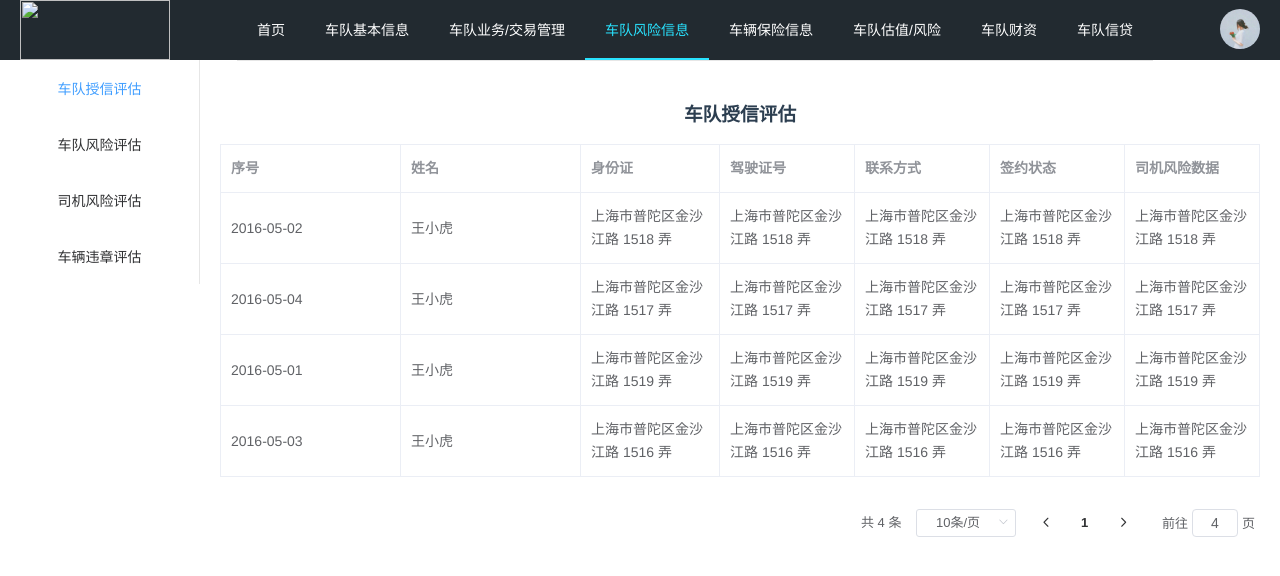
Repository: TheWomanLiketheWind/woodpecker
Page: /
The author's editor kept a copy of each file at every save. The page is drawn from the files as they stood at one save, then again after the next save.
The browser window is 1280 px wide. The pictures show the whole page.
The project was rebuilt for these pictures with package versions that can differ from the ones it lists, and the page was loaded fresh each time. Also part of the build but not shown: src/views/menuThird.vue.

Above is the page before, as saved 2019-07-25 20:50:28.

### public/index.html
<!DOCTYPE html>
<html lang="en">
  <head>
    <meta charset="utf-8">
    <meta http-equiv="X-UA-Compatible" content="IE=edge">
    <meta name="viewport" content="width=device-width,initial-scale=1.0">
    <link rel="icon" href="<%= BASE_URL %>favicon.ico">
    <title>woodpecker</title>
  </head>
  <body>
    <noscript>
      <strong>We're sorry but woodpecker doesn't work properly without JavaScript enabled. Please enable it to continue.</strong>
    </noscript>
    <div id="app"></div>
    <!-- built files will be auto injected -->
  </body>
</html>

### src/App.vue
<template>
  <div id="app">
    <router-view />
  </div>
</template>

<style lang="scss">
#app {
  font-family: "Avenir", Helvetica, Arial, sans-serif;
  -webkit-font-smoothing: antialiased;
  -moz-osx-font-smoothing: grayscale;
  text-align: center;
  color: #2c3e50;
  .el-header {
    display: flex;
    justify-content: space-between;
    align-items: center;
  }
}
#nav {
  padding: 30px;
  a {
    font-weight: bold;
    color: #2c3e50;
    &.router-link-exact-active {
      color: #42b983;
    }
  }
}
body {
  margin: 0;
}
</style>

### src/router.ts
import Vue from 'vue'
import Router from 'vue-router'
import Home from './views/Home.vue'
Vue.use(Router)

export default new Router({
  mode: 'history',
  base: process.env.BASE_URL,
  routes: [
    {
      path: '/',
      name: 'home',
      component: Home,
      children: [
        {
          path: '/',
          name: 'menuSecond',
          children: [
            {
              path: '/',
              name: 'menuThird',
              component: () =>
                import(/* webpackChunkName: "about" */ './views/menuThird.vue')
            }
          ],
          component: () =>
            import(/* webpackChunkName: "about" */ './views/menuSecond.vue')
        }
      ]
    }
  ]
})

### src/views/Home.vue
<template>
  <el-container>
    <el-header class="headerAll">
      <img src=""
           class="headImage">
      <el-menu :default-active="activeIndex"
               class="el-menu-demo"
               mode="horizontal"
               background-color="#222a30"
               text-color="#fff"
               active-text-color="#29e2fe"
               @select="handleSelect">
        <el-menu-item v-for="(item, index) in menuList"
                      :key="index"
                      :index="item.index"
                      v-on:listenToChildEvent="menuClick">{{item.name}}</el-menu-item>
      </el-menu>

      <el-dropdown>
        <img src="../assets/headImage.jpg"
             class="drophead" />
        <el-dropdown-menu slot="dropdown">
          <el-dropdown-item>个人信息</el-dropdown-item>
          <el-dropdown-item>退出</el-dropdown-item>
        </el-dropdown-menu>
      </el-dropdown>
    </el-header>
    <!-- <router-link to="/menuSecond">点击跳转</router-link> -->
    <router-view />
  </el-container>
</template>

<script lang="ts">
import { Component, Vue } from "vue-property-decorator";

@Component({
  components: {}
})
export default class Home extends Vue {
  data() {
    return {
      activeIndex: "4",
      menuList: [
        {
          name: "首页",
          index: "1",
          link: ""
        },
        {
          name: "车队基本信息",
          index: "2",
          link: ""
        },
        {
          name: "车队业务/交易管理",
          index: "3",
          link: ""
        },
        {
          name: "车队风险信息",
          index: "4",
          link: ""
        },
        {
          name: "车辆保险信息",
          index: "5",
          link: ""
        },
        {
          name: "车队估值/风险",
          index: "6",
          link: ""
        },
        {
          name: "车队财资",
          index: "7",
          link: ""
        },
        {
          name: "车队信贷",
          index: "8",
          link: ""
        }
      ]
    };
  }

  private handleSelect(key: any, keyPath: any) {
    console.log(key, keyPath);
  }

  menuClick(data: any) {
    this.$router.push(data);
  }
}
</script>

<style lang="scss">
.headerAll {
  background: #222a30;
  .headImage {
    width: 150px;
    height: 100%;
    border: 0;
  }
  .drophead {
    width: 40px;
    height: 40px;
    border-radius: 50%;
  }
}
</style>

### src/views/menuSecond.vue
<template>
  <el-container>

    <el-aside width="200px">
      <el-menu :default-active="defaultActive"
               class="el-menu-vertical-demo"
               @select="handleSelect">
        <el-menu-item v-for="(item, index) in filesList.navigeList"
                      :key="index"
                      :index="item.index">
          <span slot="title">{{item.name}}</span>
        </el-menu-item>
      </el-menu>
    </el-aside>
    <el-main>
      <h3>{{filesList.navigeList[this.selectIndex].name}}</h3>
      <el-table :data="tableData"
                border
                style="width: 100%">
        <el-table-column prop="date"
                         label="序号"
                         width="180" />
        <el-table-column prop="name"
                         label="姓名"
                         width="180" />
        <el-table-column prop="address"
                         label="身份证" />
        <el-table-column prop="address"
                         label="驾驶证号" />
        <el-table-column prop="address"
                         label="联系方式" />
        <el-table-column prop="address"
                         label="签约状态" />
        <el-table-column prop="address"
                         label="司机风险数据" />
      </el-table>
      <el-pagination @size-change="handleSizeChange"
                     @current-change="handleCurrentChange"
                     :current-page="currentPage4"
                     :page-sizes="[10, 20, 50, 100]"
                     :page-size="10"
                     layout="total, sizes, prev, pager, next, jumper"
                     :total="tableData.length">
      </el-pagination>
    </el-main>
  </el-container>

</template>

<script lang="ts">
import Vue from "vue";
import files from "../jsonFile";

export default Vue.extend({
  data() {
    return {
      filesList: files,
      selectIndex: 0,
      defaultActive: "1",
      currentPage4: 4,
      tableData: [
        {
          date: "2016-05-02",
          name: "王小虎",
          address: "上海市普陀区金沙江路 1518 弄"
        },
        {
          date: "2016-05-04",
          name: "王小虎",
          address: "上海市普陀区金沙江路 1517 弄"
        },
        {
          date: "2016-05-01",
          name: "王小虎",
          address: "上海市普陀区金沙江路 1519 弄"
        },
        {
          date: "2016-05-03",
          name: "王小虎",
          address: "上海市普陀区金沙江路 1516 弄"
        }
      ]
    };
  },
  methods: {
    handleSelect(key: String) {
      this.selectIndex = Number(key) - 1;
    },
    handleSizeChange(val: Number) {
      console.log(`每页 ${val} 条`);
    },
    handleCurrentChange(val: Number) {
      console.log(`当前页: ${val}`);
    }
  }
});
</script>


<style lang="scss">
.el-pagination {
  margin-top: 30px;
  float: right;
}
</style>

### src/jsonFile.ts
const fileObject = {
  navigeList: [
    {
      name: '车队授信评估',
      index: '1'
    },
    {
      name: '车队风险评估',
      index: '2'
    },
    {
      name: '司机风险评估',
      index: '3'
    },
    {
      name: '车辆违章评估',
      index: '4'
    }
  ]
}

export default fileObject

Loaded but not shown: src/main.ts (common file); src/store.ts (common file)

After the next save:
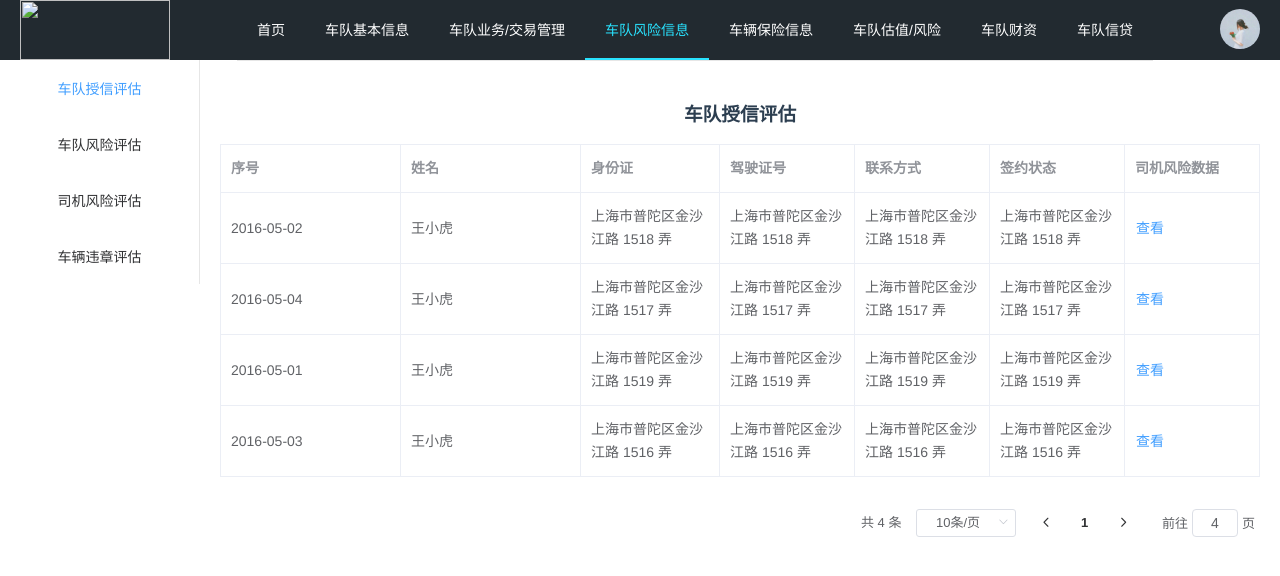
Saved 53 s later.
--- a/src/views/menuSecond.vue
+++ b/src/views/menuSecond.vue
@@ -32,7 +32,11 @@
         <el-table-column prop="address"
                          label="签约状态" />
         <el-table-column prop="address"
-                         label="司机风险数据" />
+                         label="司机风险数据">
+          <template>
+            <el-button type="text">查看</el-button>
+          </template>
+        </el-table-column>
       </el-table>
       <el-pagination @size-change="handleSizeChange"
                      @current-change="handleCurrentChange"
